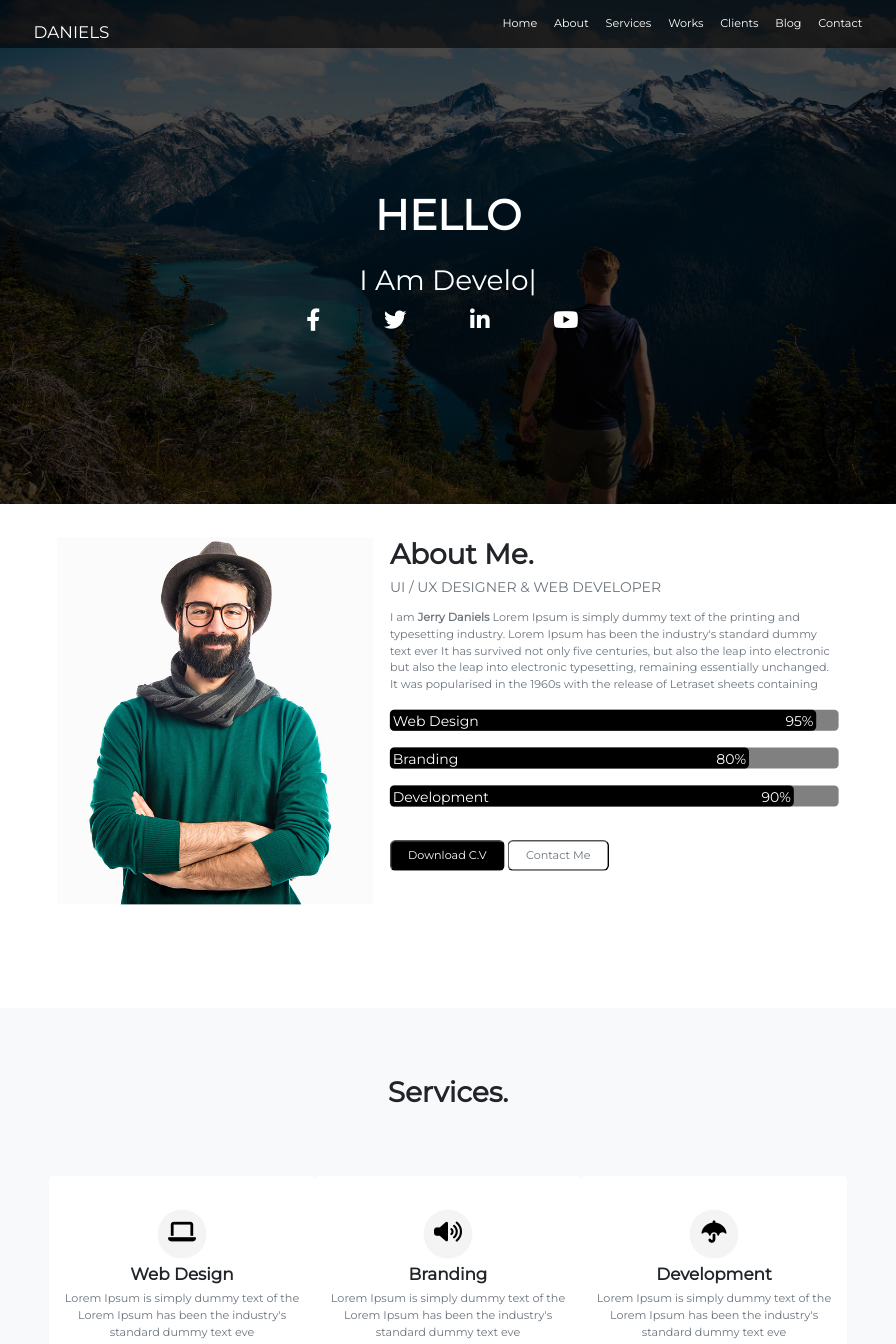
Repository: Souldeer0020/daniels-portofolio
Page: index.html
The author's editor kept a copy of each file at every save. The page is drawn from the files as they stood at one save, then again after the next save.
The browser window is 1280 px wide. The pictures show the part of the page from y = 0 to 1920 px (the page is 5468 px tall), at 70% of full size.

Above is the page before, as saved 2024-07-14 00:05:39.

### index.html
<html>
    <head>
        <link rel="stylesheet" href="css/bootstrap.css">
        <link rel="stylesheet" href="css/all.min.css">
        <link rel="stylesheet" href="style.css">
        <link href="https://fonts.googleapis.com/css2?family=Montserrat&display=swap" rel="stylesheet">
    </head>
    <body>
    <header class="vh-100 w-100 " id="home">
        <div class="layout vh-100 w-100 d-flex justify-content-center align-items-center position-relative">
            <nav class="position-fixed pt-md-3 top-0 start-0 end-0 d-flex align-items-center justify-content-between">
                <a href="#home"><h1 class="px-md-5 pt-md-3">DANIELS</h1></a>
                <ul class="d-flex align-items-center pe-md-4">
                    <li class="pe-md-4 "><a href="#home">Home</a></li>

                    <li class="pe-md-4"><a href="#about">About</a></li>
                    <li class="pe-md-4"><a href="#services">Services</a></li>
                    <li class="pe-md-4"><a href="#works">Works</a></li>
                    <li class="pe-md-4"><a href="#clients">Clients</a></li>
                    <li class="pe-md-4"><a href="#blog">Blog</a></li>
                    <li class="pe-md-4"><a href="#contact">Contact</a></li>
                </ul>
            </nav>
            <div class="content w-75 text-center d-flex flex-column align-items-center">
                <h1 class="py-md-4">HELLO</h1>
                <h2 class="w-100 mb-3">I Am</h2>
                <div class="icons d-flex justify-content-around">
                    <a class="me-3" href=""><i class=" fa-brands fa-facebook-f icon text-center d-flex justify-content-center align-items-center fs-2"></i></a>
                    <a class="me-3" href=""><i class=" fa-brands fa-twitter icon text-center d-flex justify-content-center align-items-center fs-2"></i></a>
                    <a class="me-3" href=""><i class=" fa-brands fa-linkedin-in icon text-center d-flex justify-content-center align-items-center fs-2"></i></a>

                    <a class="me-3" href=""><i class=" fa-brands fa-youtube icon text-center d-flex justify-content-center align-items-center fs-2"></i></a>
                </div>
            </div>
        </div>
    </header>


    <section id="about" class="vh-100 w-100 py-md-5 bg-white">
        <div class="container">
            <div class="row">
                <div class="col-md-5">
                    <div class="item">
                        <img src="img/hero.jpg" class="w-100" alt="logo">
                    </div>
                </div>
                <div class="col-md-7">
                    <div class="item">
                        <h1 class="fw-bolder">About Me.</h1>
                        <p class="lead text-muted">UI / UX DESIGNER & WEB DEVELOPER</p>
                        <p class="text-muted ">I am <span class="fw-bolder">Jerry Daniels</span> Lorem Ipsum is simply dummy text of the printing and typesetting industry. Lorem Ipsum has been the industry's standard dummy text ever It has survived not only five centuries, but also the leap into electronic but also the leap into electronic typesetting, remaining essentially unchanged. It was popularised in the 1960s with the release of Letraset sheets containing</p>
                        <div class="blank w-md-100 rounded-2 my-md-4 ">
                            <div class="percentage1 rounded-2 d-flex justify-content-between p-md-1  top-0 bottom-0 start-0 end-0 h-100">
                                <h5>Web Design</h5>
                                <h5>95%</h5>
                            </div>
                        </div>
                        <div class="blank w-md-100 rounded-2 my-md-4 ">
                            <div class="percentage2 rounded-2 d-flex justify-content-between p-md-1   top-0 bottom-0 start-0 end-0 h-100">
                                <h5>Branding</h5>
                                <h5>80%</h5>
                            </div>
                        </div>
                        <div class="blank w-md-100 rounded-2 my-md-4 ">
                            <div class="percentage3 rounded-2 d-flex justify-content-between p-md-1 top-0 bottom-0 start-0 end-0 h-100">
                                <h5>Development</h5>
                                <h5>90%</h5>
                            </div>
                        </div>
                    </div>
                    <button class=" py-md-2 px-md-4 w-md-25 mt-md-4 rounded-3 btn1 ">Download C.V</button>
                    <button class=" py-md-2 px-md-4 w-md-25 mt-md-4 rounded-3 btn2 text-muted ">Contact Me</button>
                </div>
            </div>
        </div>
    </section>

    <section id="services" class="bg-light py-md-5 bg-light d-flex flex-column align-items-center">
        <h1 class="fw-bolder my-md-5">Services.</h1>
        <div class="container my-md-5">
            <div class="row g-md-4">
                <div class="col-md-4 bg-white rounded-2 ">
                    <div class="service-item text-center py-md-5">
                        <i class="fa-solid fa-laptop fa-2x icon pt-3"></i>
                        <h4 class="fw-bolder my-md-2">Web Design</h4>
                        <p class="text-muted">Lorem Ipsum is simply dummy text of the Lorem Ipsum has been the industry's standard dummy text eve</p>
                    </div>
                </div>
                <div class="col-md-4 bg-white rounded-2">
                    <div class="service-item text-center py-md-5">
                        <i class="fa-solid fa-volume-high fa-2x icon pt-3"></i>
                        <h4 class="fw-bolder my-md-2">Branding</h4>
                        <p class="text-muted">Lorem Ipsum is simply dummy text of the Lorem Ipsum has been the industry's standard dummy text eve</p>
                    </div>
                </div>
                <div class="col-md-4 bg-white rounded-2">
                    <div class="service-item text-center py-md-5">
                        <i class="fa-solid fa-umbrella icon pt-3 fa-2x"></i>
                        <h4 class="fw-bolder my-md-2">Development</h4>
                        <p class="text-muted">Lorem Ipsum is simply dummy text of the Lorem Ipsum has been the industry's standard dummy text eve</p>
                    </div>
                </div>
                <div class="col-md-4 bg-white rounded-2">
                    <div class="service-item text-center py-md-5">
                        <i class="fa-regular fa-gem icon pt-3 fa-2x"></i>
                        <h4 class="fw-bolder my-md-2">Creative Design</h4>
                        <p class="text-muted">Lorem Ipsum is simply dummy text of the Lorem Ipsum has been the industry's standard dummy text eve</p>
                    </div>
                </div>
                <div class="col-md-4 bg-white rounded-2">
                    <div class="service-item text-center py-md-5">
                        <i class="fa fa-television fa-2x  icon pt-3" aria-hidden="true"></i>
                        <h4 class="fw-bolder my-md-2">Fully Responsive</h4>
                        <p class="text-muted">Lorem Ipsum is simply dummy text of the Lorem Ipsum has been the industry's standard dummy text eve</p>
                    </div>
                </div>
                <div class="col-md-4 bg-white rounded-2">
                    <div class="service-item text-center py-md-5">
                        <i class="fa-solid fa-camera fa-2x icon pt-3"></i>
                        <h4 class="fw-bolder my-md-2">Retina Ready</h4>
                        <p class="text-muted">Lorem Ipsum is simply dummy text of the Lorem Ipsum has been the industry's standard dummy text eve</p>
                    </div>
                </div>
            </div>
        </div>
    </section>

    <section id="works" class="w-100 text-center d-flex flex-column align-items-center">
        <h1 class="fw-bolder my-md-5">Portfolio.</h1>
        <ul class="d-flex justify-content-evenly fw-bolder mt-md-3">
            <li><a href="">All</a></li>
            <li><a href="">Brand</a></li>
            <li><a href="">Design</a></li>
            <li><a href="">Graphic</a></li>
        </ul>
        <div class="container mt-md-5">
            <div class="row g-md-4">
                <div class="col-md-4 position-relative">
                    <div class="item">
                        <img src="img/portfolio/1.jpg" class="w-100" alt="">

                    </div>
                </div>
                <div class="col-md-4">
                    <div class="item">
                        <img src="img/portfolio/2.jpg" class="w-100" alt="">

                    </div>
                </div>
                <div class="col-md-4">
                    <div class="item">
                        <img src="img/portfolio/3.jpg" class="w-100" alt="">
                    </div>
                </div>
                <div class="col-md-4">
                    <div class="item">
                        <img src="img/portfolio/4.jpg" class="w-100" alt="">
                    </div>
                </div>
                <div class="col-md-4">
                    <div class="item">
                        <img src="img/portfolio/5.jpg" class="w-100" alt="">
                    </div>
                </div>
                <div class="col-md-4">
                    <div class="item">
                        <img src="img/portfolio/6.jpg" class="w-100" alt="">
                    </div>
                </div>
            </div>
        </div>

    </section>

    <section id="clients" class="text-center d-flex flex-column align-items-center my-md-5 bg-light">
        <h1 class="fw-bolder my-md-5">Testimonials.</h1>
        <div id="carouselExampleIndicators" class="carousel-slide mb-md-5" data-bs-ride="true">

            <div class="carousel-inner">
              <div class="carousel-item active">
                <p class="text-muted my-md-4">Lorem Ipsum has been the industry's standard dummy text ever since the when an unknown printer took a galley of type and scrambled it to make a type specimen book.</p>
                <h3 class="my-md-3">Alex Smith</h3>
                <p class="lead text-muted fw-bolder">Envanto Customer</p>
              </div>
              <div class="carousel-item">
                <p class="text-muted my-md-4">Lorem Ipsum has been the industry's standard dummy text ever since the when an unknown printer took a galley of type and scrambled it to make a type specimen book.</p>
                <h3 class="my-md-3">Alex Smith</h3>
                <p class="lead text-muted fw-bolder">Envanto Customer</p>
              </div>
              <div class="carousel-item">
                <p class="text-muted my-md-4">Lorem Ipsum has been the industry's standard dummy text ever since the when an unknown printer took a galley of type and scrambled it to make a type specimen book.</p>
                <h3 class="my-md-3">Alex Smith</h3>
                <p class="lead text-muted fw-bolder">Envanto Customer</p>
              </div>
            </div>
            <div class="carousel-indicators position-static">
                <button type="button" data-bs-target="#carouselExampleIndicators" data-bs-slide-to="0" class="active carousel-btn bg-black" aria-current="true" aria-label="Slide 1"></button>
                <button type="button" data-bs-target="#carouselExampleIndicators" data-bs-slide-to="1" class="carousel-btn bg-black" aria-label="Slide 2"></button>
                <button type="button" data-bs-target="#carouselExampleIndicators" data-bs-slide-to="2" class="carousel-btn bg-black" aria-label="Slide 3"></button>
              </div>

          </div>
    </section>

    <section class="statics bg-white">
        <div class="d-flex justify-content-around text-center container item my-md-5" >
            <div>
              <i class="fa-solid fa-users fa-2x mb-md-3"></i>
               <h2 class="fw-bolder"> 850</h2>
               <p class="lead fw-bolder text-muted">Happy customers</p>
            </div>
            <div>
              <i class="fa-solid fa-thumbs-up fa-2x mb-md-3"></i>
               <h2 class="fw-bolder"> 230</h2>
               <p class="lead fw-bolder text-muted">Complete Projects</p>
            </div>
            <div>
              <i class="fa fa-bullhorn fa-2x mb-md-3" aria-hidden="true"></i>
               <h2 class="fw-bolder"> 9450</h2>
               <p class="lead fw-bolder text-muted">Lines Of Code</p>
            </div>
            <div>
              <i class="fa fa-cloud-download fa-2x mb-md-3" aria-hidden="true"></i>
               <h2 class="fw-bolder"> 780 </h2>
               <p class="lead fw-bolder text-muted">Files Downloaded

              </p>
            </div>
          </div>
    </section>

    <section id="blog" class="text-center d-flex flex-column align-items-center my-md-5 bg-light">
        <h1 class="fw-bolder my-md-5">Our Blog.</h1>
        <div class="container">
            <div class="row">
                <div class="col-md-4 text-start">

                        <div id="photo" class=" overflow-hidden mb-2"><img class="w-100" src="img/blog/1.jpg" alt=""></div>
                        <div class="caption">
                            <p class="text-muted">wordpress</p>
                            <h3>Lorem ipsum dolor sit amet consectetur adipisicing elit. Magnam, ipsam consequuntur.</h3>
                            <a href="">Read More</a>
                        </div>

                </div>
                <div class="col-md-4 text-start">

                    <div id="photo" class=" overflow-hidden mb-2"><img class="w-100" src="img/blog/2.jpg" alt=""></div>
                    <div class="caption">
                        <p class="text-muted">wordpress</p>
                        <h3>Lorem ipsum dolor sit amet consectetur adipisicing elit. Magnam, ipsam consequuntur.</h3>
                        <a href="">Read More</a>
                    </div>

            </div>
            <div class="col-md-4 text-start">

                <div id="photo" class=" overflow-hidden mb-2"><img class="w-100" src="img/blog/3.jpg" alt=""></div>
                <div class="caption">
                    <p class="text-muted">wordpress</p>
                    <h3>Lorem ipsum dolor sit amet consectetur adipisicing elit. Magnam, ipsam consequuntur.</h3>
                    <a href="">Read More</a>
                </div>

        </div>
            </div>
        </div>
    </section>

    <section id="contact" class="text-center d-flex flex-column align-items-center my-md-5 bg-white">
        <h1 class="fw-bolder my-md-5">Contact Us.</h1>
        <div class="container my-md-5">
            <div class="row ">
                <div class="col-4 d-flex flex-column align-items-center text-center ">
                    <div class="iicon mb-md-4"><i class="fa-brands fa-telegram fa-2x m-md-auto py-md-3"></i></div>
                    <h5 class="fw-bolder">Address</h5>
                    <p class="Text-muted">6834 Hollywood Blvd - Los Angeles CA</p>
                </div>
                <div class="col-4 d-flex flex-column align-items-center text-center">
                    <div class="iicon mb-md-4"><i class="fa-solid fa-envelope fa-2x m-md-auto py-md-3"></i></div>
                    <h5 class="fw-bolder">Email</h5>
                    <p class="Text-muted">Support@website.com</p>
                </div>
                <div class="col-4 d-flex flex-column align-items-center text-center">
                    <div class="iicon mb-md-4"><i class="fa-solid fa-phone fa-2x m-md-auto py-md-3"></i></div>
                    <h5 class="fw-bolder">Phone</h5>
                    <p class="Text-muted">+20 010 2517 8918</p>
                </div>
            </div>
        </div>
        <div class="container">
            <div class="row gx-md-4">
                <div class="col-6 d-flex justify-content-md-start">
                    <input type="text" placeholder="Name" class="rounded-2 ">
                </div>
                <div class="col-6  d-flex justify-content-md-start">
                    <input type="text" placeholder="Email" class="rounded-2">
                </div>
                <div class="col-12 my-md-3 d-flex justify-content-md-start rounded-2">
                    <textarea style="resize: none;" name="Message" id="" class="w-100 rounded-2" rows="5" placeholder="Message"></textarea>
                </div>

            </div>

        </div>

    </section>

    <footer class="bg-dark d-flex justify-content-center align-items-center py-md-5">
        <p class="text-muted py-md-4">Copy Right 2018 © By Daniels All Rights Reserved</p>
    </footer>

    <script src="js/bootstrap.bundle.js"></script>
    </body>




</html>

Loaded but not shown: css/bootstrap.css (library); css/all.min.css (library); js/bootstrap.bundle.js (library); style.css (308 lines, source omitted)

After the next save:
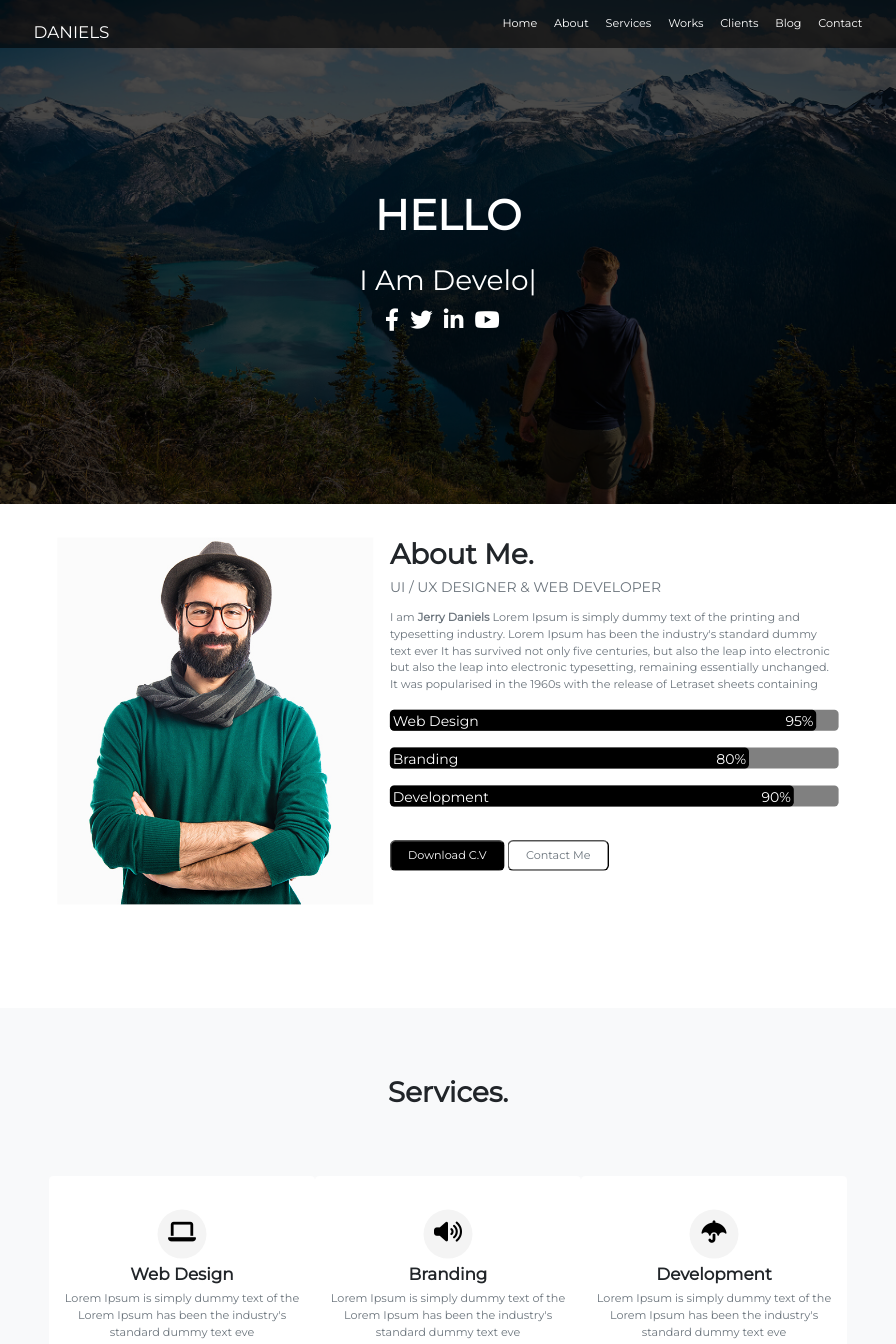
Saved 12 s later.
--- a/index.html
+++ b/index.html
@@ -24,7 +24,7 @@
             <div class="content w-75 text-center d-flex flex-column align-items-center">
                 <h1 class="py-md-4">HELLO</h1>
                 <h2 class="w-100 mb-3">I Am</h2>
-                <div class="icons d-flex justify-content-around">
+                <div class="icons d-flex justify-content-center">
                     <a class="me-3" href=""><i class=" fa-brands fa-facebook-f icon text-center d-flex justify-content-center align-items-center fs-2"></i></a>
                     <a class="me-3" href=""><i class=" fa-brands fa-twitter icon text-center d-flex justify-content-center align-items-center fs-2"></i></a>
                     <a class="me-3" href=""><i class=" fa-brands fa-linkedin-in icon text-center d-flex justify-content-center align-items-center fs-2"></i></a>

After the save that followed:
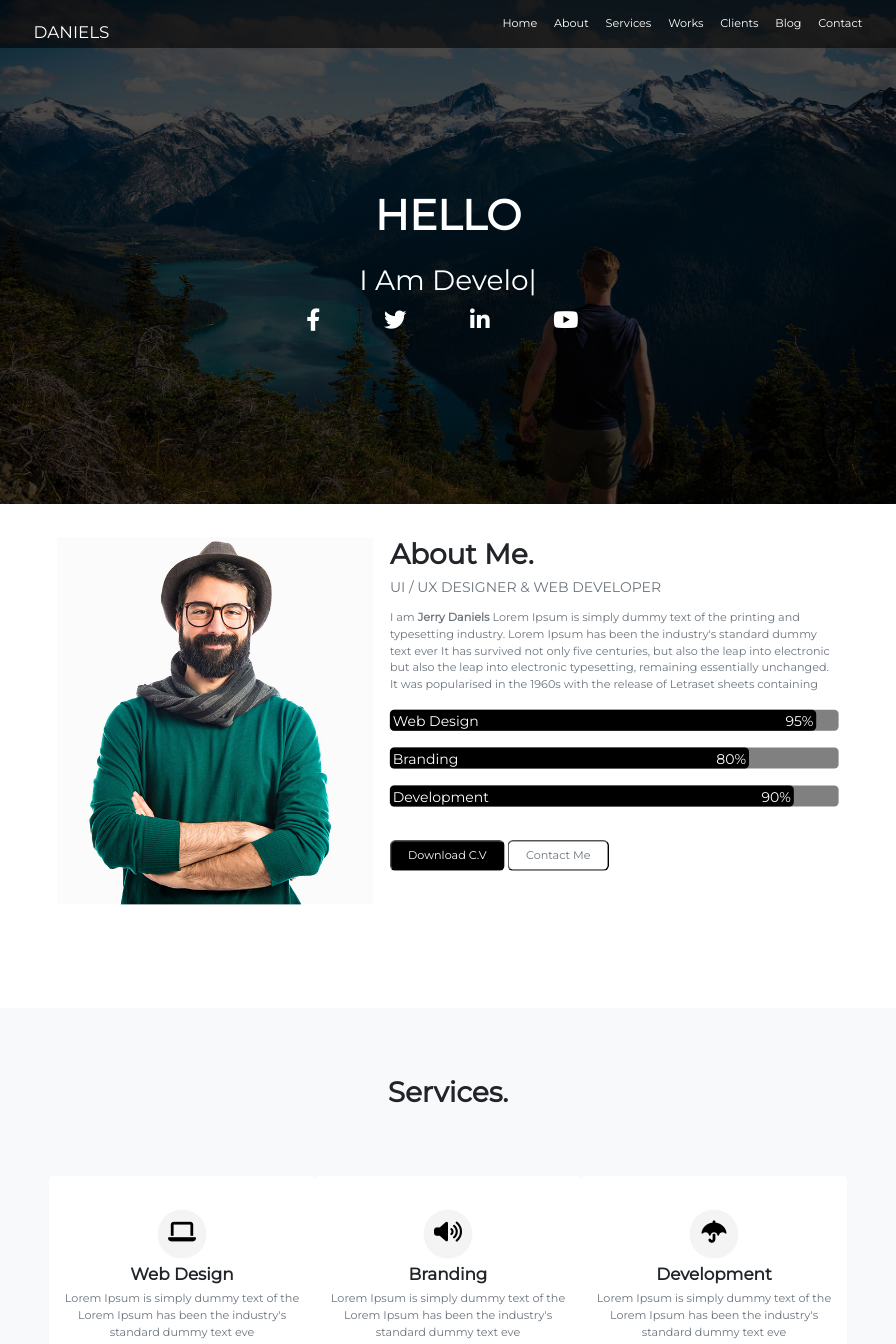
Saved 9 s later.
--- a/index.html
+++ b/index.html
@@ -24,7 +24,7 @@
             <div class="content w-75 text-center d-flex flex-column align-items-center">
                 <h1 class="py-md-4">HELLO</h1>
                 <h2 class="w-100 mb-3">I Am</h2>
-                <div class="icons d-flex justify-content-center">
+                <div class="icons d-flex justify-content-around">
                     <a class="me-3" href=""><i class=" fa-brands fa-facebook-f icon text-center d-flex justify-content-center align-items-center fs-2"></i></a>
                     <a class="me-3" href=""><i class=" fa-brands fa-twitter icon text-center d-flex justify-content-center align-items-center fs-2"></i></a>
                     <a class="me-3" href=""><i class=" fa-brands fa-linkedin-in icon text-center d-flex justify-content-center align-items-center fs-2"></i></a>
